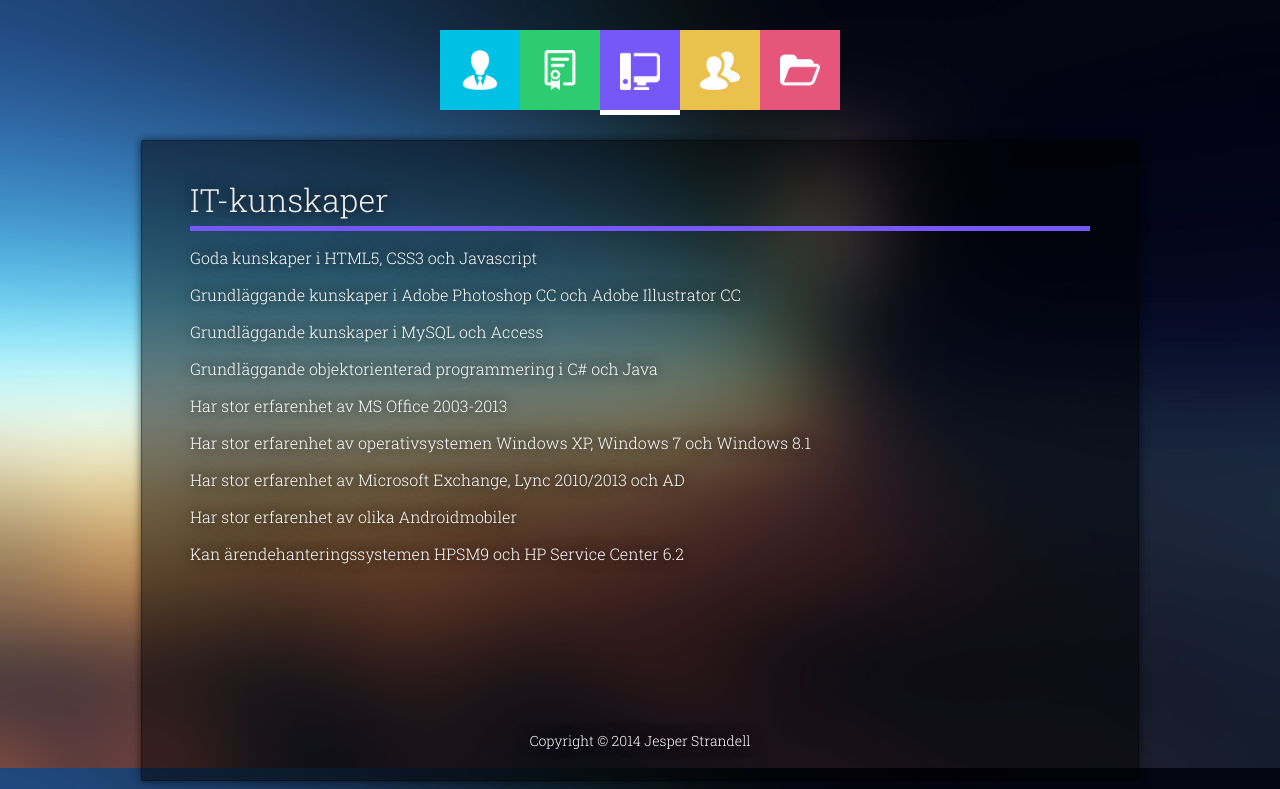
Repository: ja222vv/minipage
Page: pages/knowledge.html
The author's editor kept a record of every edit. The page is drawn from the files as they stood at one moment, then again after the next edit.
The browser window is 1280 px wide. The pictures show the whole page.
Backgrounds fixed to the window are drawn as part of the page.

Above is the page before.
Not found: pages/scripts/script.js

### pages/knowledge.html
<!doctype html>
<html lang="sv">
    <head>
        <meta charset="UTF-8" />
        <title>IT-kunskaper</title>
        <link rel="stylesheet" href="../css/style.css" />
        <link rel="stylesheet" href="../css/hover.css" />
    </head>
    <body>
        <div class="menu">
            <div class="tile blue shrink" id="aboutme">
                <a href="../index.html">
            	<img src="../css/pics/personimage.png" class="icon" />
            	<span class="title"></span>
                </a>
            </div>
            <div class="tile mint shrink" id="experience">
                <a href="experience.html" id="link_exp">
            	<img src="../css/pics/diploma.png" class="icon" />
            	<span class="title"></span>
            	</a>
            </div>
            <div class="tile purple active shrink" id="knowledge">
                <a href="#">
            	<img src="../css/pics/workstation.png" class="icon" />
                <span class="title"></span>
                </a>
            </div>
            <div class="tile yellow shrink" id="references">
                <a href="references.html">
                <img src="../css/pics/group.png" class="icon" />
            	<span class="title"></span>
                </a>
            </div>
            <div class="tile red shrink" id="portfolio">
            	<a href="portfolio.html">
            	<img src="../css/pics/folder.png" class="icon" />
            	<span class="title"></span>
            	</a>
            </div>
        </div>
        <div class="container">
		    <div class="headerpurple">
                <h1>IT-kunskaper</h1>
            </div>
            <div class="subcontent">
                <p>
                    Goda kunskaper i HTML5, CSS3 och Javascript
                </p>
                <p>
                    Grundläggande kunskaper i Adobe Photoshop CC och Adobe Illustrator CC
                </p>
                <p>
                    Grundläggande kunskaper i MySQL och Access
                </p>
                <p>
                    Grundläggande objektorienterad programmering i C# och Java
                </p>
                <p>
                    Har stor erfarenhet av MS Office 2003-2013
                </p>
                <p>
                    Har stor erfarenhet av operativsystemen Windows XP, Windows 7 och Windows 8.1
                </p>
                <p>
                    Har stor erfarenhet av Microsoft Exchange, Lync 2010/2013 och AD
                </p>
                <p>
                    Har stor erfarenhet av olika Androidmobiler
                </p>
                <p>
                    Kan ärendehanteringssystemen HPSM9 och HP Service Center 6.2
                </p>
            </div>
		    <div class="footer">
		        <p>Copyright © 2014 Jesper Strandell</p>
		    </div>
        </div>
        <script type="text/javascript" src="scripts/script.js"></script>
    </body>
</html>

### css/style.css
@import url(//fonts.googleapis.com/css?family=Roboto+Slab:300);

@font-face {
    font-family: LeagueScript;
    src: url('LeagueScript.otf');
}

/*
outline: 7px solid rgba(255,255,255,0);
transition: outline .5s ease-out;
position: relative; /* outline */

html {
	background: #000 url(pics/wallpaper.jpg) no-repeat fixed center center;
	background-size: cover;
	overflow-y: scroll;
}

body {
	font-family: 'Roboto slab', serif;
	color: #FFFFFF;
	font-size: 16px;
	text-shadow: 1px 1px 15px #111;
}
img {
    border:none;
}
h1 {
  color: #eee;
  font-weight:normal;
}
.logotype {
    font-family: LeagueScript;
    font-size:36px;
    font-weight: bold;
    margin-left:30px;
    float:left;
}
.meta {
    font-size:20px;
    font-family: LeagueScript;
    text-align:center;
    margin-left:60px;
    float:left;
}
.meta p {
    margin:0;
    text-shadow: -1px -1px 15px #000000;
}
/* Menyn börjar */
.menu {
    width: 400px;
    height: 80px;
    margin-top:30px;
    margin-left:auto;
	margin-right:auto;
}
.headerblue {
    margin-left:auto;
	margin-right:auto;
	border-bottom: solid 5px #00c0e4;
}
.headermint {
    margin-left:auto;
	margin-right:auto;
	border-bottom: solid 5px #2ecc71;
}
.headerpurple {
    margin-left:auto;
	margin-right:auto;
	border-bottom: solid 5px #7658f8;
}
.headeryellow {
    margin-left:auto;
	margin-right:auto;
	border-bottom: solid 5px #eac14d;
}
.headerred {
    margin-left:auto;
	margin-right:auto;
	border-bottom: solid 5px #e6567a;
}
.headerblue h1, .headermint h1, .headerpurple h1, .headeryellow h1, .headerred h1 {
    margin-bottom: 5px;
}
.tile {
    width: 80px;
	height: 80px;
	text-align: center;
	float:left;
}
.tile > a {
	width: inherit;
	height: inherit;
	display: block;
	color: #fff;
	text-decoration: none !important;
}
.active {
    border-bottom:solid 5px #FFFFFF;
}
.blue {
    background-color: #00c0e4;
}
.mint {
    background-color: #2ecc71;
}
.purple {
    background-color: #7658f8;
}
.yellow {
    background-color: #eac14d;
}
.red {
    background-color: #e6567a;
}
.icon {
	max-width:40px;
    max-height:40px;
    width:auto;
    height:auto;
    margin-top:20px;
}
.title {
	display: block;
}
/* Menyn slutar */
/* Innehåll börjar*/
.container {
    padding: 1em 3em;
	width: 900px;
	min-height: 600px;
	margin-top: 30px;
	margin-left:auto;
	margin-right:auto;
	box-shadow: 0 0 10px rgba(0,0,0,.6);
	border-radius: 2px;
	border: 1px solid #000000;
	border: 1px solid rgba(0,0,0,.3);
	background: rgba(0,0,0,.5);
	text-shadow: -1px -1px 15px #000000;
	filter: progid:DXImageTransform.Microsoft.gradient(GradientType=0,startColorstr='#4c000000', endColorstr='#4c000000');

}
.subcontent {
    min-height: 470px;
}
.nostyle {
    list-style:none;
}
.footer {
    font-size: 14px;
    text-align:center;
}
/* Innehåll slutar*/


* {
	-webkit-touch-callout: none;
	-webkit-user-select: none;
	-khtml-user-select: none;
	-moz-user-select: none;
	-ms-user-select: none;
	user-select: none;
}

Loaded but not shown: css/hover.css (2067 lines, source omitted)

After the next edit:
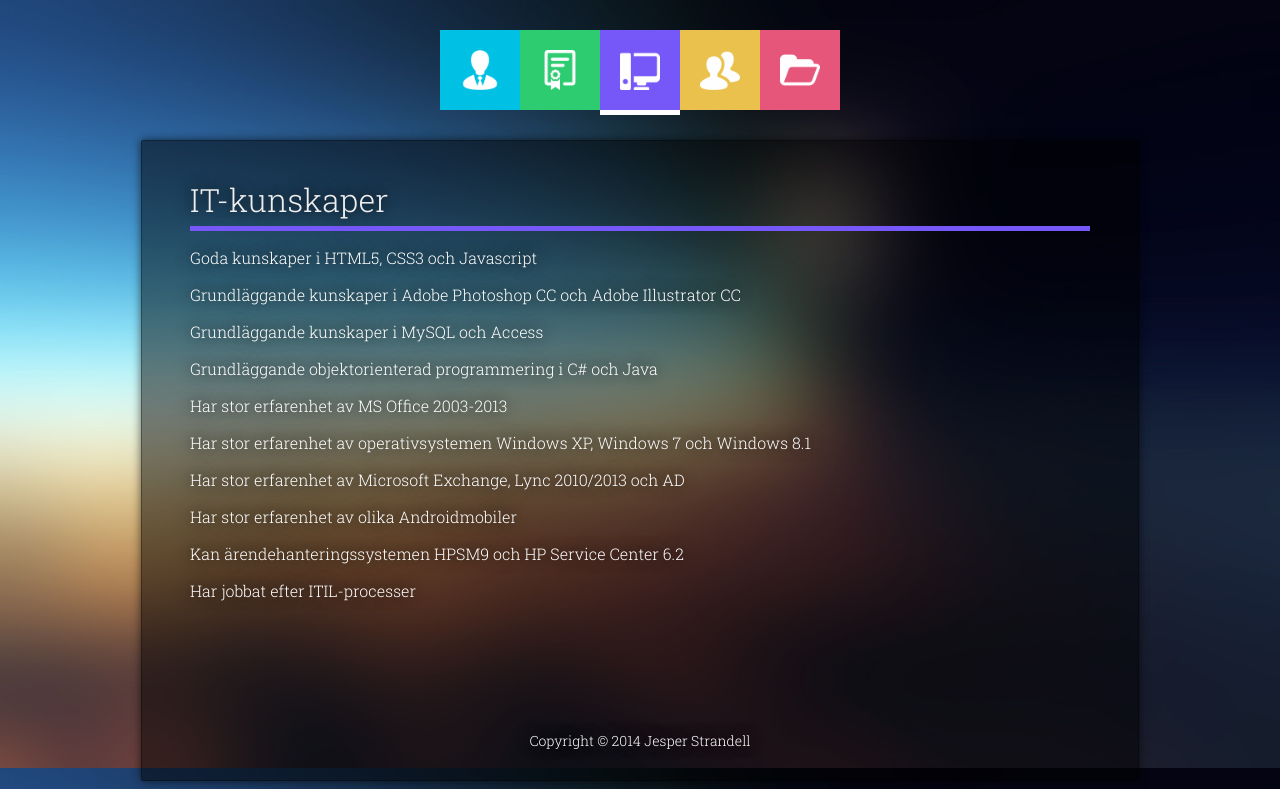
The edit:
--- a/pages/knowledge.html
+++ b/pages/knowledge.html
@@ -71,6 +71,9 @@
                 <p>
                     Kan ärendehanteringssystemen HPSM9 och HP Service Center 6.2
                 </p>
+                <p>
+                    Har jobbat efter ITIL-processer
+                </p>
             </div>
 		    <div class="footer">
 		        <p>Copyright © 2014 Jesper Strandell</p>
